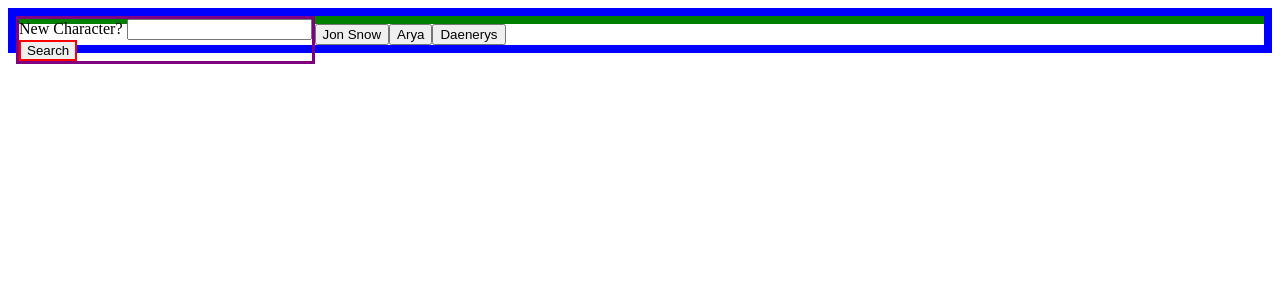
Repository: dsaftler/GifTastic
Page: index.html
An editor plug-in stored every save of this project. The page is shown before and after the next save, followed by the edit.
The browser window is 1280 px wide. The pictures show the whole page.
Some web libraries are served in a nearby version.

Above is the page before, as saved 2019-04-20 03:46:08.

After the next save:
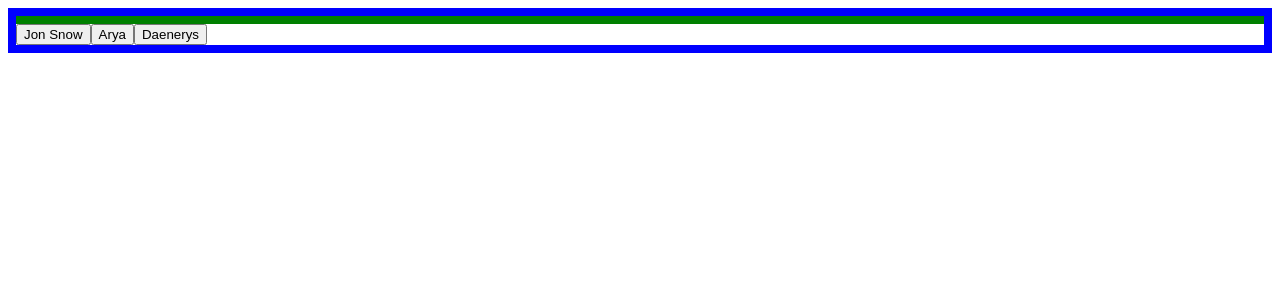
Saved 2 min 44 s later.
--- a/assets/Javascript/app.js
+++ b/assets/Javascript/app.js
@@ -20,7 +20,7 @@
         .attr('onclick', 'getGif(this.textContent);')
        $(".btnsDiv").append(newBtn);
     };
-    $('.getTopic').show();
+   // $('.getTopic').show();
   }
       // .attr('onclick', 'getGif(this.textContent);')
 //$('.btn').on('click', function() {

After the 5 saves that followed:
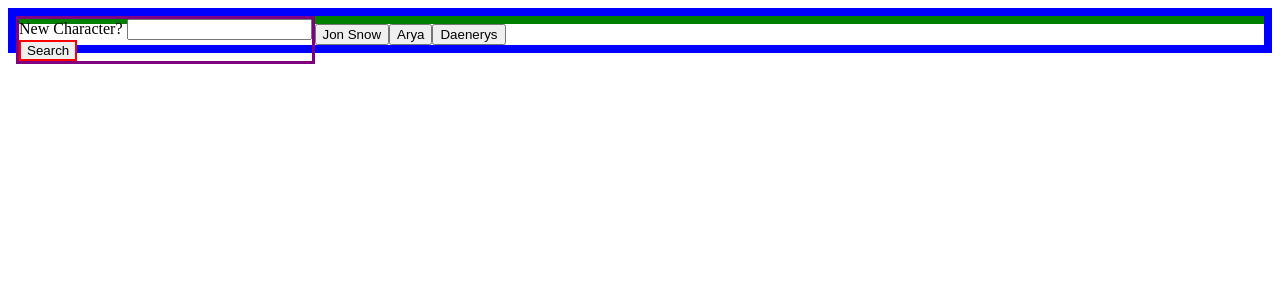
The 5 saves are shown as one change because 4 left the picture as it was.
The last was saved 11 min 4 s later.
--- a/assets/Javascript/app.js
+++ b/assets/Javascript/app.js
@@ -3,10 +3,11 @@
 var topic, newBtn, i, btnId
 var thisImg
 //$("button").on("click", getGif());
-$('.getTopic').hide()
+//$('.getTopic').hide()
+$("#getMore").hide()
 $(function () {
   createButtons();
-//$(".getTopic").hide();
+
 
 });
 
@@ -22,8 +23,7 @@
     };
    // $('.getTopic').show();
   }
-      // .attr('onclick', 'getGif(this.textContent);')
-//$('.btn').on('click', function() {
+
 function getGif(myTopic){
 
   //alert("clicked "+myTopic );
@@ -46,15 +46,6 @@
   $(".showGifs").empty();
   for (var i = 0; i < imgSet.length; i++) {
 
-    // Creating and storing a div tag
-
-    // Creating a paragraph tag with the result item's rating
-    // var $info = $("<p class='info'>")
-    // var infoText="Rating: " + imgSet[i].rating +'</br>';
-    //     //infoText=infoText+
-    // $('.info').text(infoText);
-    // Creating and storing an image tag
-
     var imgId = 'image_' + [i]
     var  newGif= $('<img />',{
         src:imgSet[i].images.fixed_height_still.url,
@@ -65,6 +56,7 @@
         id:imgId,
         title: "Title: " + imgSet[i].title + "  Rating: " + imgSet[i].rating ,
         class: 'gif'});
+        //#region   --- infoText
     //  newGif.attr('onclick', 'changeState();');
     // //console.log(newGif);
     //    var infoWidth=imgSet[i].images.fixed_height_still.width + 20;
@@ -79,24 +71,21 @@
       // !the rating should be UNDER the gif
     //$(".gif").wrap("<div class='imgContainer' width=imgSet[i].images.fixed_height_still.width+20></div>")
     //$(".imgContainer").append($(".infoText"))
-
+    //#endregion
 
     // Appending the paragraph and image tag to the animalDiv
    // $(".showGifs").append($(".imgContainer"));
      $(".showGifs").append(newGif);
     //  $(".showGifs").append(infoText);
+    $("#getMore").show()
   }
   // $('.gif').click(changeState());
   };
   $(".gif").click(function() {
 // function changeState() {
-  // The attr jQuery method allows us to get or set the value of any attribute on our HTML element
- // var thisId=$imgID.id;
+
   var state = $(this).attr("data-state");
-    //console.log(state);
-  // If the clicked image's state is still, update its src attribute to what its data-animate value is.
-  // Then, set the image's data-state to animate
-  // Else set src to the data-still value
+
     if (state === "still") {
      $(this).attr("src", $(this).attr("data-animate"));
      $(this).attr("data-state", "animate");
